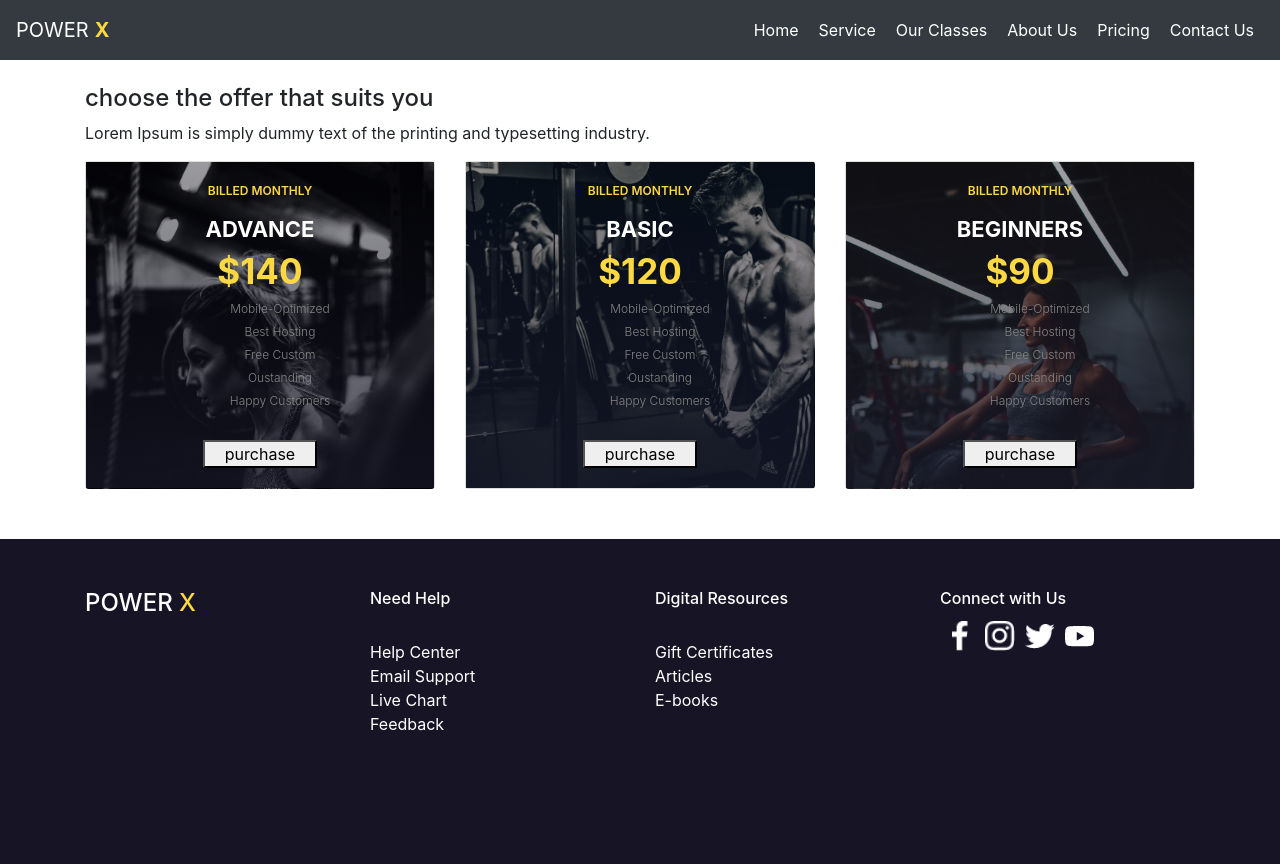
Repository: arif286/power-x-gym
Page: /pricing
An editor plug-in stored every save of this project. The page is shown before and after the next save, followed by the edit.
The browser window is 1280 px wide. The pictures show the whole page.
The project was rebuilt for these pictures with package versions that can differ from the ones it lists, and the page was loaded fresh each time. Also part of the build but not shown: src/components/Classes/Classes.js, src/components/About/About.js, src/components/ChooseUs/ChooseUs.js, src/components/Programs/Programs.css, src/components/Programs/Programs.js, src/components/WorkOut/WorkOut.css, src/components/WorkOut/WorkOut.js, src/components/Home/Home.js.

Above is the page before, as saved 2021-04-07 23:54:17.

### src/index.js
import React from 'react';
import ReactDOM from 'react-dom';
import App from './App';
import "./index.css";
import reportWebVitals from './reportWebVitals';
ReactDOM.render(
  <React.StrictMode>
    <App />
  </React.StrictMode>,
  document.getElementById('root')
);

// If you want to start measuring performance in your app, pass a function
// to log results (for example: reportWebVitals(console.log))
// or send to an analytics endpoint. Learn more: https://bit.ly/CRA-vitals
reportWebVitals();

### src/App.js
import "bootstrap/dist/css/bootstrap.min.css";
import React from 'react';
import { BrowserRouter as Router, Route, Switch } from "react-router-dom";
import Classes from "./components/Classes/Classes";
import Footer from "./components/Footer/Footer";
import Header from './components/Header/Header';
import Home from './components/Home/Home';
import PricingPlan from "./components/PricingPlan/PricingPlan";
function App() {
  return (
    <div>
      <Router>
        <Header />
        <Switch>
          <Route path="/home">
            <Home />
          </Route>
          <Route path="/classes">
            <Classes/>
          </Route>
          <Route path='/pricing'>
            <PricingPlan/>
          </Route>
          <Route exact path="/">
            <Home />
          </Route>
        </Switch>
        <Footer />
      </Router>
    </div>
  );
}

export default App;

### src/components/Footer/Footer.js
import React from "react";
import { Col, Container, Row } from "react-bootstrap";
import { NavLink } from "react-router-dom";
import Facebook from "../../power-x-gym/Image & Icon/bxl-facebook.png";
import Instagram from "../../power-x-gym/Image & Icon/bxl-instagram.png";
import Twitter from "../../power-x-gym/Image & Icon/bxl-twitter.png";
import YouTube from "../../power-x-gym/Image & Icon/bxl-youtube.png";
import "./Footer.css";
const Footer = () => {
  return (
    <footer>
      <Container>
        <Row className="footer-title">
          <Col xs={12} sm={6} md={3} className="pb-5">
            <h4 style={{ color: "white" }}>
              POWER <span style={{ color: "#fcd842" }}>X</span>
            </h4>
          </Col>
          <Col xs={12} sm={6} md={3} className="pb-5">
            <h6>Need Help</h6>
            <ul className="footer-link">
              <li>
                <NavLink className="company-list" to="/">
                  Help Center
                </NavLink>
              </li>
              <li>
                <NavLink className="company-list" to="/">
                  {" "}
                  Email Support
                </NavLink>
              </li>
              <li>
                <NavLink className="company-list" to="/">
                  Live Chart
                </NavLink>
              </li>
              <li>
                <NavLink className="company-list" to="/">
                  Feedback
                </NavLink>
              </li>
            </ul>
          </Col>
          <Col xs={12} sm={6} md={3} className="pb-5">
            <h6>Digital Resources</h6>
            <ul className="footer-link">
              <li>
                <NavLink className="company-list" to="/">
                  Gift Certificates
                </NavLink>
              </li>
              <li>
                <NavLink className="company-list" to="/">
                  Articles
                </NavLink>
              </li>
              <li>
                <NavLink className="company-list" to="/">
                  E-books
                </NavLink>
              </li>
            </ul>
          </Col>
          <Col xs={12} sm={6} md={3} className="pb-5">
            <h6>Connect with Us</h6>
            <div className="social-link">
              <p>
                <a href="/">
                  <img className="social-img" src={Facebook} alt="" />
                </a>
              </p>
              <p className="social-link">
                <a href="/">
                  <img className="social-img" src={Instagram} alt="" />
                </a>
              </p>
              <p>
                <a href="/">
                  <img className="social-img" src={Twitter} alt="" />
                </a>
              </p>
              <p>
                <a href="/">
                  <img className="social-img" src={YouTube} alt="" />
                </a>
              </p>
            </div>
          </Col>
        </Row>
      </Container>
    </footer>
  );
};

export default Footer;

### src/components/Header/Header.js
import React from "react";
import { Nav, Navbar } from "react-bootstrap";
import { NavLink } from "react-router-dom";
import './Header.css';
const Header = () => {
  return (
    <div>
      <Navbar bg="dark" variant="dark" expand="lg">
        <Navbar.Brand href="#home">
          POWER
          <span
            style={{ color: "#FCD842", marginLeft: "6px", fontWeight: 700 }}
          >
            X
          </span>
        </Navbar.Brand>
        <Navbar.Toggle aria-controls="basic-navbar-nav" />
        <Navbar.Collapse id="basic-navbar-nav">
          <Nav className="ml-auto">
            <NavLink className="header-link" to="/home">
              Home
            </NavLink>
            <NavLink className="header-link" to="#features">
              Service
            </NavLink>
            <NavLink className="header-link" to="/classes">
              Our Classes
            </NavLink>
            <NavLink className="header-link" to="/features">
              About Us
            </NavLink>
            <NavLink className="header-link" to="/pricing">
              Pricing
            </NavLink>
            <NavLink className="header-link" to="/pricing">
              Contact Us
            </NavLink>
          </Nav>
        </Navbar.Collapse>
      </Navbar>
      <br />
    </div>
  );
};

export default Header;

### src/components/PricingPlan/PricingPlan.js
import React from "react";
import { Card, Col, Container, Row } from "react-bootstrap";
import './PricingPlan.css';

const PricingPlan = () => {
  return (
    <Container>
      <h4>choose the offer that suits you</h4>
      <p>
        Lorem Ipsum is simply dummy text of the printing and typesetting
        industry.
      </p>
      <Row className="row-cols-1 row-cols-sm-3">
        <Col>
          <Card className="advance-plan price-card">
            <Card.Body>
              <p>billed monthly</p>
              <h6>advance</h6>
              <h6 style={{ color: "#fcd842", fontSize: "35px" }}>$140</h6>
              <ul className="price-plan">
                <li>Mobile-Optimized</li>
                <li>Best Hosting</li>
                <li>Free Custom</li>
                <li>Oustanding</li>
                <li>Happy Customers</li>
              </ul>
              <button className="purchase-btn">purchase</button>
            </Card.Body>
          </Card>
        </Col>
        <Col>
          <Card className="basic-plan price-card">
            <Card.Body>
              <p>billed monthly</p>
              <h6>basic</h6>
              <h6 style={{ color: "#fcd842", fontSize: "35px" }}>$120</h6>
              <ul className="price-plan">
                <li>Mobile-Optimized</li>
                <li>Best Hosting</li>
                <li>Free Custom</li>
                <li>Oustanding</li>
                <li>Happy Customers</li>
              </ul>
              <button className="purchase-btn">purchase</button>
            </Card.Body>
          </Card>
        </Col>
        <Col>
          <Card className="beginner-plan price-card">
            <Card.Body>
              <p>billed monthly</p>
              <h6>beginners</h6>
              <h6 style={{ color: "#fcd842", fontSize: "35px" }}>$90</h6>
              <ul className="price-plan">
                <li>Mobile-Optimized</li>
                <li>Best Hosting</li>
                <li>Free Custom</li>
                <li>Oustanding</li>
                <li>Happy Customers</li>
              </ul>
              <button className="purchase-btn">purchase</button>
            </Card.Body>
          </Card>
        </Col>
      </Row>
    </Container>
  );
};

export default PricingPlan;

### src/components/Footer/Footer.css
footer {
  background-color: #171426;
  padding-top: 50px;
  padding-bottom: 80px;
  margin-top: 50px;
}
.footer-link {
  list-style: none;
  display: inline;
}
.company-list {
  text-decoration: none;
  color: white;
}
.company-list:hover {
  color: hotpink;
  text-decoration: none;
}
.social-link {
  display: flex;
}

.social-img {
  width: 30px;
  height: 30px;
  object-fit: contain;
}

.social-link p {
  padding: 5px;
  display: inline;
}

.social-link p a img:hover {
  background-color: #257cc3;
}
.footer-title h6 {
  color: white;
}

### src/components/Header/Header.css
.header-link {
  text-decoration: none !important;
  color: white;
  padding: 10px;
}
.header-link:hover {
  color: gray;
}

### src/components/PricingPlan/PricingPlan.css
.advance-plan {
  background-image: linear-gradient(#0708115e, #151626c4),
    url("../../power-x-gym/Image & Icon/hipcravo-5UbIqV58CW8-unsplash.jpg");
  background-repeat: no-repeat;
  background-size: cover;
}
.basic-plan {
  background-image: linear-gradient(#0708115e, #151626c4),
    url("../../power-x-gym/Image & Icon/daniel-apodaca-WdoQio6HPVA-unsplash.jpg");
  background-repeat: no-repeat;
  background-size: cover;
}
.beginner-plan {
  background-image: linear-gradient(#0708115e, #151626c4),
    url("../../power-x-gym/Image & Icon/penguinuhh-8VI6WwEEEHw-unsplash.jpg");
  background-repeat: no-repeat;
  background-size: cover;
}
.price-card {
  text-align: center;
}
.price-card p {
  color: #fcd842;
  text-transform: uppercase;
  font-size: 12px;
  font-weight: 600;
}

.price-card h6 {
  color: white;
  text-transform: uppercase;
  font-weight: 700;
  font-size: 22px;
}
.price-plan {
  list-style: none;
  margin-bottom: 25px;
  text-align: center;
  overflow: hidden;
}
.price-plan li {
  color: #868484;
  font-size: 12px;
  font-weight: 300;
  padding-bottom: 5px;
}
.purchase-btn {
  outline: none;
  padding: 0px 20px;
  /* width: 120px; */
}

Loaded but not shown: public/index.html (common file); src/index.css (common file); src/reportWebVitals.js (common file)

After the next save:
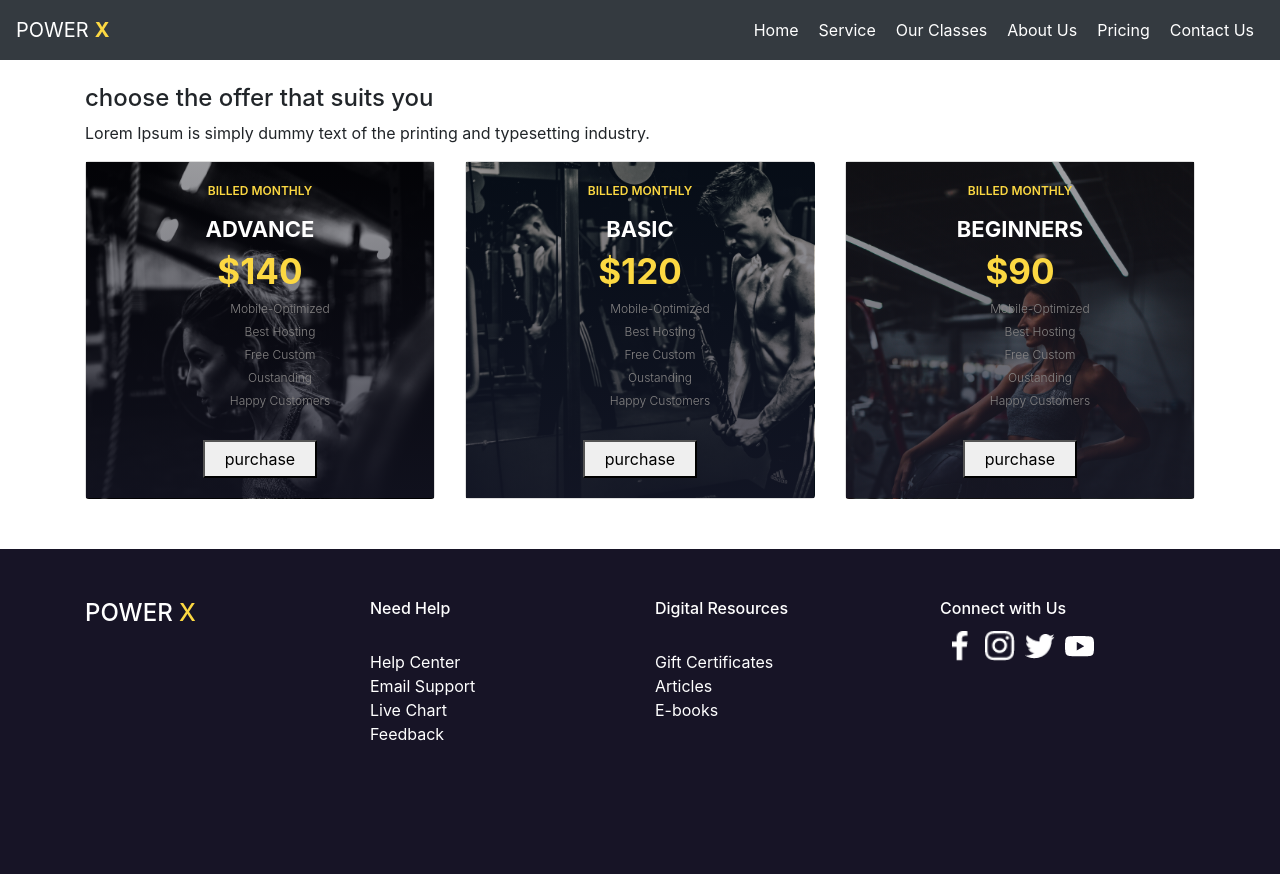
Saved 4 s later.
--- a/src/components/PricingPlan/PricingPlan.css
+++ b/src/components/PricingPlan/PricingPlan.css
@@ -46,6 +46,6 @@
 }
 .purchase-btn {
   outline: none;
-  padding: 0px 20px;
+  padding: 5px 20px;
   /* width: 120px; */
 }
